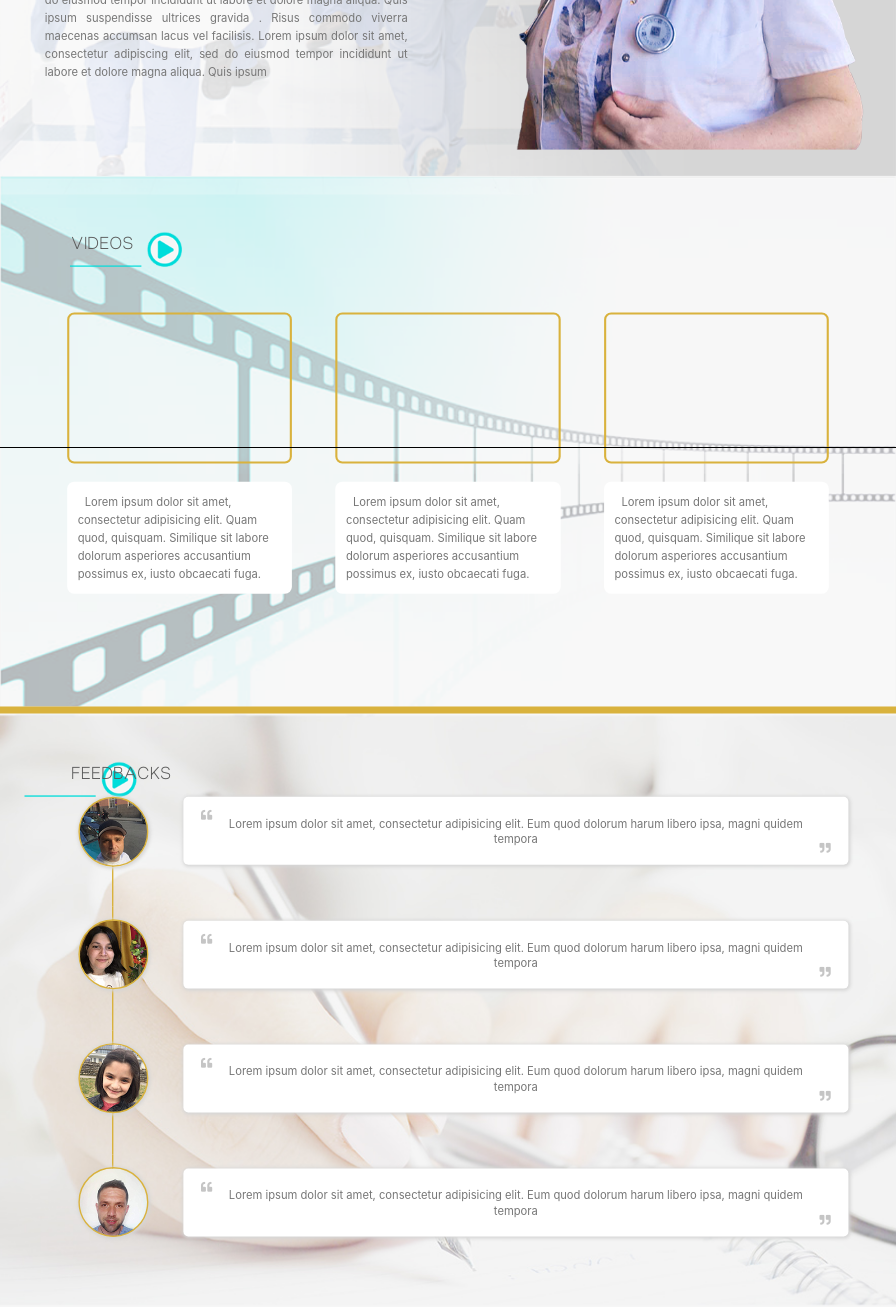
Repository: Aleksandre19/cv-ucmp
Page: index.html
The author's editor kept a record of every edit. The page is drawn from the files as they stood at one moment, then again after the next edit.
The browser window is 1280 px wide. The pictures show the part of the page from y = 2265 to 4185 px (the page is 4132 px tall before and 4185 px after), at 70% of full size.
Pictures or frames that could not be fetched are drawn as grey boxes. Backgrounds fixed to the window are drawn as part of the page. Some web libraries are served in a nearby version.

Above is the page before.

After the next edit:
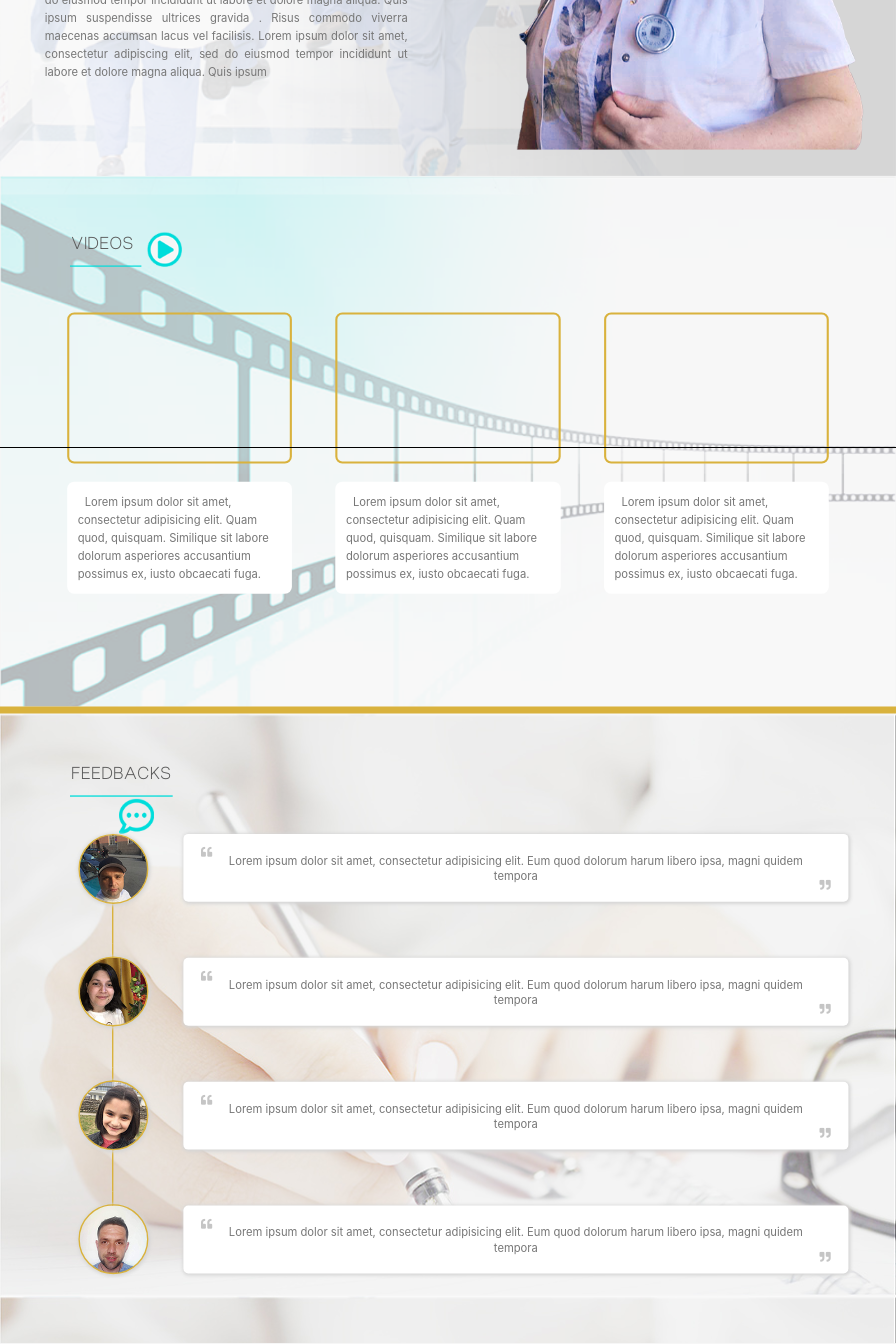
The edit:
--- a/index.html
+++ b/index.html
@@ -298,8 +298,8 @@
                 <h2 class="section-title feedback-title">
                     Feedbacks
                 </h2>
-                <hr class="section-title-underline videos-title-underline">
-                <i class="videos-section-title-icon"></i>
+                <hr class="section-title-underline feedback-title-underline">
+                <i class="feedback-section-title-icon"></i>
             </div>
             <div class="all-quote-wrapper">
                 <div class="quote-wrapper img1">
